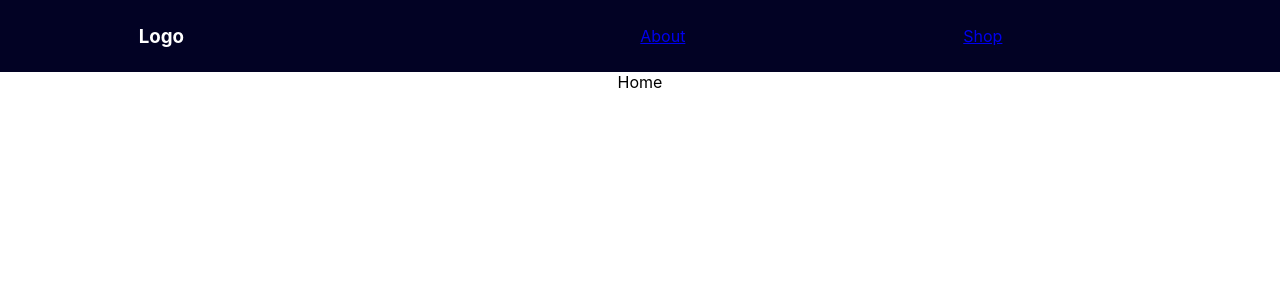
Repository: patrik-fredlund/React-router-tutorial
Page: /
The author's editor kept a copy of each file at every save. The page is drawn from the files as they stood at one save, then again after the next save.
The browser window is 1280 px wide. The pictures show the whole page.
The project was rebuilt for these pictures with package versions that can differ from the ones it lists, and the page was loaded fresh each time. Also part of the build but not shown: src/About.js, src/Shop.js.

Above is the page before, as saved 2021-04-02 17:31:58.

### public/index.html
<!DOCTYPE html>
<html lang="en">

<head>
  <meta charset="utf-8" />
  <link rel="icon" href="%PUBLIC_URL%/favicon.ico" />
  <meta name="viewport" content="width=device-width, initial-scale=1" />
  <meta name="theme-color" content="#000000" />
  <meta name="description" content="Web site created using create-react-app" />
  <link rel="apple-touch-icon" href="%PUBLIC_URL%/logo192.png" />

  <link rel="manifest" href="%PUBLIC_URL%/manifest.json" />

  <title>React Router tutorial</title>
</head>

<body>
  <noscript>You need to enable JavaScript to run this app.</noscript>
  <div id="root"></div>

</body>

</html>

### src/App.js
import './App.css';
import { Nav } from './Nav';
import { About } from './About';
import { Shop } from './Shop';
import { Home } from './Home';
import { BrowserRouter as Router, Switch, Route } from 'react-router-dom';

function App() {
  return (
    <Router>
      <div className='App'>
        <Nav />
        <Route path='/' exact component={Home} />
        <Route path='/about' component={About} />
        <Route path='/shop' component={Shop} />
      </div>
    </Router>
  );
}

export default App;

### src/App.css
.App {
  text-align: center;
}

nav {
  display: flex;
  justify-content: space-around;
  align-items: center;
  min-height: 10vh;
  background: rgb(2, 2, 36);
  color: white;
}

.nav-links {
  width: 50%;
  display: flex;
  justify-content: space-around;
  align-items: center;
  list-style: none;
}

### src/Nav.js
import React from 'react';
import { Link } from 'react-router-dom';

export const Nav = () => {
  const navStyle = {
    color: 'white',
  };

  return (
    <nav>
      <h3>Logo</h3>
      <ul className='nav-links'>
        <Link to='/about'>
          <li>About</li>
        </Link>
        <Link to='/shop'>
          <li>Shop</li>
        </Link>
      </ul>
    </nav>
  );
};

Loaded but not shown: src/index.js (common file); src/index.css (common file); src/Home.js (common file)

After the next save:
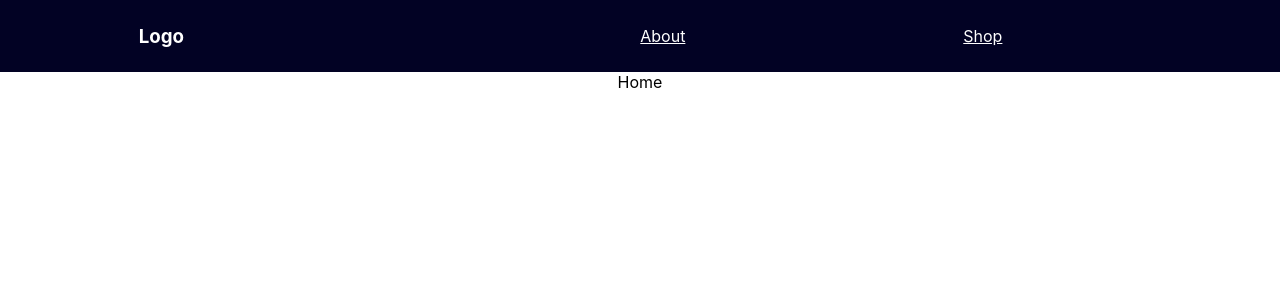
Saved 38 s later.
--- a/src/Nav.js
+++ b/src/Nav.js
@@ -10,10 +10,10 @@ export const Nav = () => {
     <nav>
       <h3>Logo</h3>
       <ul className='nav-links'>
-        <Link to='/about'>
+        <Link style={navStyle} to='/about'>
           <li>About</li>
         </Link>
-        <Link to='/shop'>
+        <Link style={navStyle} to='/shop'>
           <li>Shop</li>
         </Link>
       </ul>
